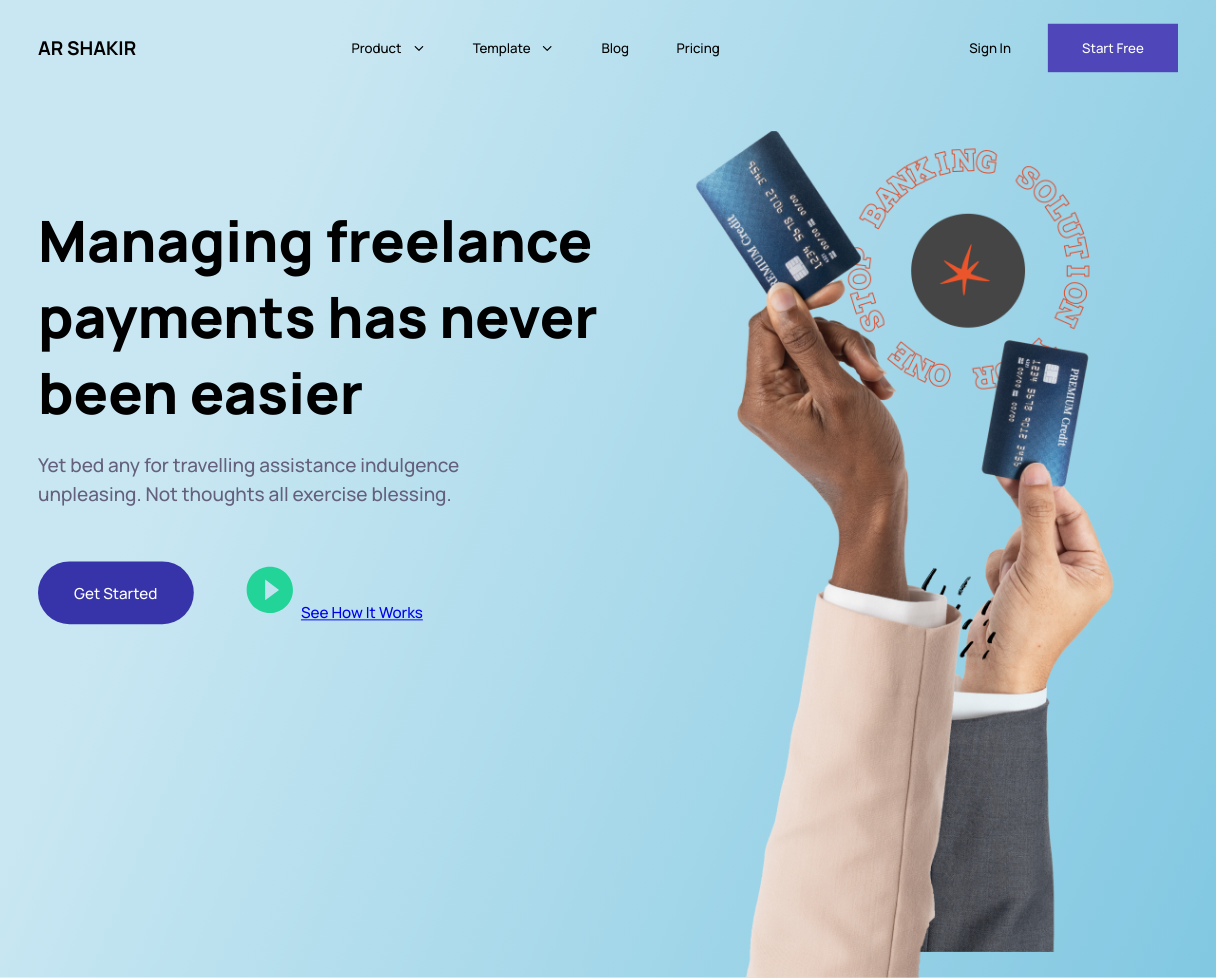
Repository: duongdori/ARShakir
Page: index.html
The author's editor kept a copy of each file at every save. The page is drawn from the files as they stood at one save, then again after the next save.
The browser window is 1280 px wide. The pictures show the whole page, at 95% of full size.

Above is the page before, as saved 2022-04-02 16:42:43.

### index.html
<!DOCTYPE html>
<html lang="en">
<head>
    <meta charset="UTF-8">
    <meta http-equiv="X-UA-Compatible" content="IE=edge">
    <meta name="viewport" content="width=device-width, initial-scale=1.0">
    <title>AR SHAKIR</title>
    <link rel="preconnect" href="https://fonts.googleapis.com">
    <link rel="preconnect" href="https://fonts.gstatic.com" crossorigin>
    <link href="https://fonts.googleapis.com/css2?family=Manrope:wght@400;500;600;700;800&display=swap" rel="stylesheet">

    <link rel="stylesheet" href="./assets/css/main.css">
</head>
<body>
    <div class="wrapper">
        <header class="header">
            <div class="header-top">
                <div class="container">
                    <div class="header-logo">AR Shakir</div>
                    <ul class="header-menu">
                        <li class="header-menu-item">
                            <a href="#" class="header-menu-item-link">Product</a>
                            <a href="#" class="header-menu-item-icon">
                                <ion-icon name="ios-arrow-down"></ion-icon>
                            </a>
                        </li>
                        <li class="header-menu-item">
                            <a href="#" class="header-menu-item-link">Template</a>
                            <a href="#" class="header-menu-item-icon">
                                <ion-icon name="ios-arrow-down"></ion-icon>
                            </a>
                        </li>
                        <li class="header-menu-item">
                            <a href="#" class="header-menu-item-link">Blog</a>
                        </li>
                        <li class="header-menu-item">
                            <a href="#" class="header-menu-item-link">Pricing</a>
                        </li>
                    </ul>
                    <div class="header-login">
                        <a href="#" class="header-login-signin">Sign In</a>
                        <a href="#" class="header-login-startfree">Start Free</a>
                    </div>
                </div>
            </div>
            <div class="container">
                <div class="header-main">
                    <div class="header-content">
                        <h1 class="header-content-heading">
                            Managing freelance payments has never been easier
                        </h1>
                        <p class="header-content-desc">
                            Yet bed any for travelling assistance indulgence unpleasing. Not thoughts all exercise blessing.
                        </p>
                        <div class="header-content-btn">
                            <button class="header-content-getstarted_btn">Get Started</button>
                            <div class="header-content-see_btn">
                                <ion-icon name="play-circle" class="header-content-see_btn-icon" ></ion-icon>
                                <a href="#" class="header-content-see_btn-link">See How It Works</a>
                            </div>
                        </div>
                    </div>
                    <img srcset="./assets/images/img1.png 2x" class="header-img" alt="">
                </div>
            </div>
        </header>
    </div>
</body>
<script  src = "https://unpkg.com/ionicons@4.5.10-0/dist/ionicons.js" > </script >
</html>

### assets/css/main.css
*, *::before, *::after {
  box-sizing: border-box;
}
* {
  margin: 0;
}

html, body {
  height: 100%;
}
body {
  line-height: 1.5;
  -webkit-font-smoothing: antialiased;
  -webkit-tap-highlight-color: rgba(0,0,0,0);
}

img, picture, video, canvas, svg {
  display: block;
  max-width: 100%;
}
input, button, textarea, select {
  font: inherit;
  outline: none;
  border: none;
}
p, h1, h2, h3, h4, h5, h6 {
  overflow-wrap: break-word;
}

:root {
    --primary-font: "Manrope";
    --primary-text-color: #000;
}
body {
    font-family: var(--primary-font);
    font-weight: 500;
}

.wrapper {
    max-width: 1440px;
    margin: 0 auto;
}

.container {
    max-width: 1200px;
    margin: 0 auto;
}

.header{
    background: linear-gradient(292.12deg, #62BADA -35.02%, #C9E7F2 78.96%);
}

.header-top{
    padding-top: 38px;
}

.header-top .container {
    display:flex;
    justify-content: space-between;
    align-items: center;
}

.header-logo{
    font-weight: 700;
    font-size: 20px;
    line-height: calc(25 / 20);
    text-transform: uppercase;
    color: var(--primary-text-color);
}

.header-menu{
    display:flex;
    align-items: center;
    list-style: none;
    font-weight: 500;
    font-size: 14px;
    line-height: calc(19 / 14);
    padding: 0;
    margin-left: -50px;

}

.header-menu-item{
    margin-left: 50px;
}

.header-menu-item-link{
    color: var(--primary-text-color);
    text-decoration: none;

}

.header-menu-item-icon {
    color: var(--primary-text-color);
    margin-left: 8px;
    display: inline;
    top: 2px;
    position: relative;
}

.header-login{
    font-size: 14px;
    line-height: calc(19 / 14);
}

.header-login-signin{
    color: var(--primary-text-color);
    text-decoration: none;
    padding: 16px 36px;

}

.header-login-startfree{
    color: #fff;
    text-decoration: none;
    background-color: #4F46BA;
    padding: 16px 36px;

}


.header-main {
    display: flex;
    justify-content: space-between;
}

.header-content {
    max-width: 646px;
    width: 100%;
    margin-top: 150px;
    flex-shrink: 0;
}

.header-content-heading {
    font-size: 60px;
    font-weight: 800;
    line-height: calc(80 / 60);
    color: var(--primary-text-color);
}

.header-content-desc {
    max-width: 510px;
    width: 100%;
    margin-top: 22px;
    font-size: 20px;
    line-height: calc(30 / 20);
    color: #64607D;
}

.header-content-btn{
    display: flex;
    margin-top: 56px;
}

.header-content-getstarted_btn{
    color: #fff;
    font-size: 16px;
    padding: 15px 38px;
    background-color: #3734A9;
    margin-right: 50px;
    border-radius: 47px;
}

.header-content-see_btn{

}

.header-content-see_btn-icon {
    color: #22D497;
    width: 60px;
    height: 60px;
}

.header-content-see_btn-link{

}

After the next save:
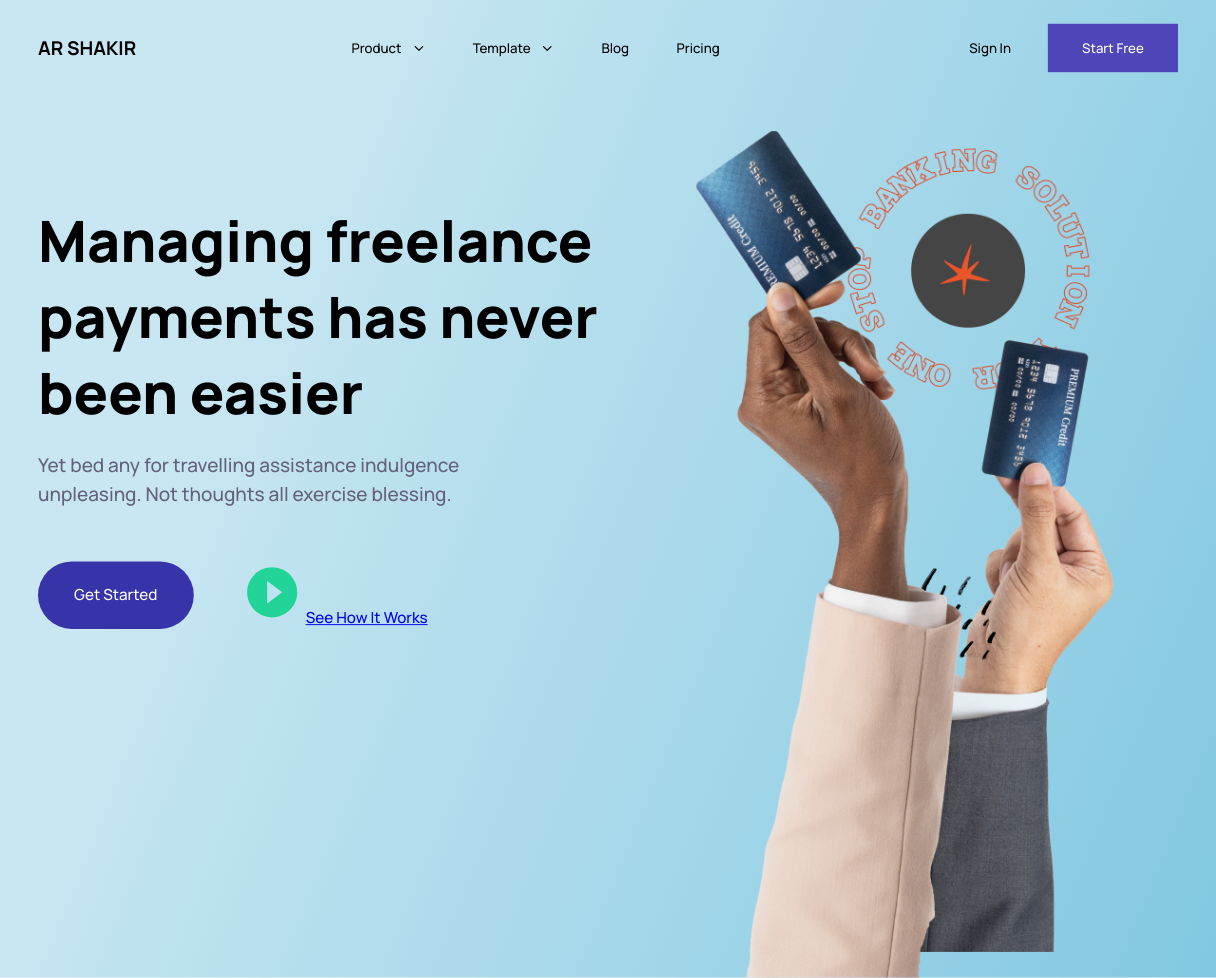
Saved 39 s later.
--- a/assets/css/main.css
+++ b/assets/css/main.css
@@ -167,8 +167,8 @@ body {
 
 .header-content-see_btn-icon {
     color: #22D497;
-    width: 60px;
-    height: 60px;
+    width: 65px;
+    height: 65px;
 }
 
 .header-content-see_btn-link{
